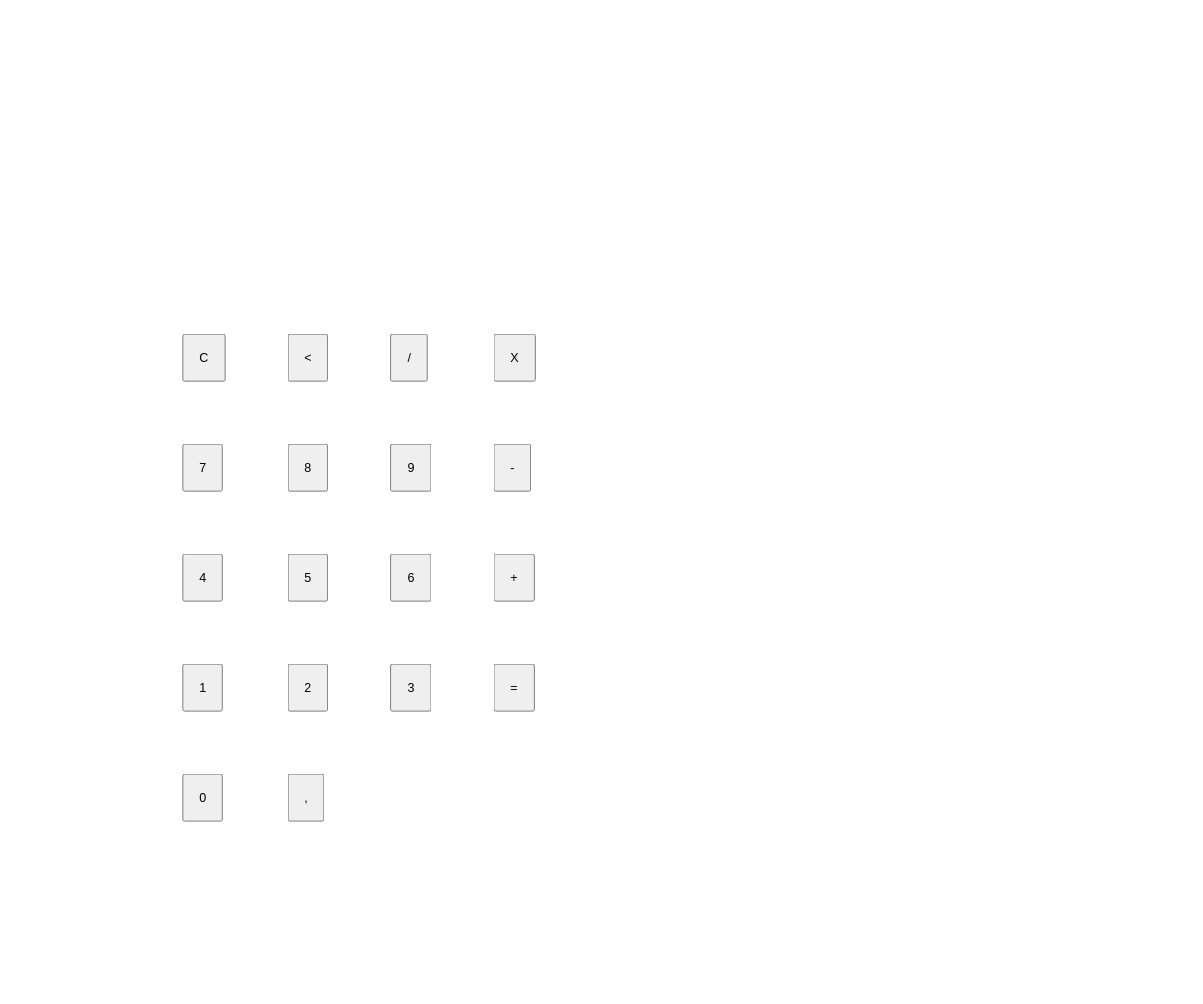
Repository: marllon-hetzler/calculadora.js
Page: interface.html
The author's editor kept a copy of each file at every save. The page is drawn from the files as they stood at one save, then again after the next save.
The browser window is 1280 px wide. The pictures show the whole page, at 94% of full size.

Above is the page before, as saved 2022-11-04 19:09:48.

### interface.html
<!DOCTYPE html>
<html lang="en">
<head>
    <meta charset="UTF-8">
    <meta http-equiv="X-UA-Compatible" content="IE=edge">
    <meta name="viewport" content="width=, initial-scale=1.0">
    <title>Document</title>
</head>
<body>
    <style>
        *{
            margin: 1rem;
            padding: 1rem;
        }
        .fundo{
            background-image:linear-gradient(45deg,black), red;
            height:100%;
            color: white;
            font-family: Georgia, 'Times New Roman', Times, serif;
            font-weight: bold;

        }
    </style>
    <div class="fundo">
    <h1>Marllon Antonio Machado</h1>
    <div class="calculadora">
        <p>Resultado</p>
        <table>
            <tr>
                <td><button>C</button></td>
                <td><button><</button></td>
                <td><button>/</button></td>
                <td><button>X</button></td>
            </tr>

            <tr>
                <td><button>7</button></td>
                <td><button>8</button></td>
                <td><button>9</button></td>
                <td><button>-</button></td>
            </tr>

            <tr>
                <td><button>4</button></td>
                <td><button>5</button></td>
                <td><button>6</button></td>
                <td><button>+</button></td>
            </tr>

            <tr>
                <td><button>1</button></td>
                <td><button>2</button></td>
                <td><button>3</button></td>
                <td><button>=</button></td>
            </tr>

            <tr>
                <td><button>0</button></td>
                <td><button>,</button></td>

            </tr>
        </table>
    </div>
    </div>
</body>
</html>

After the next save:
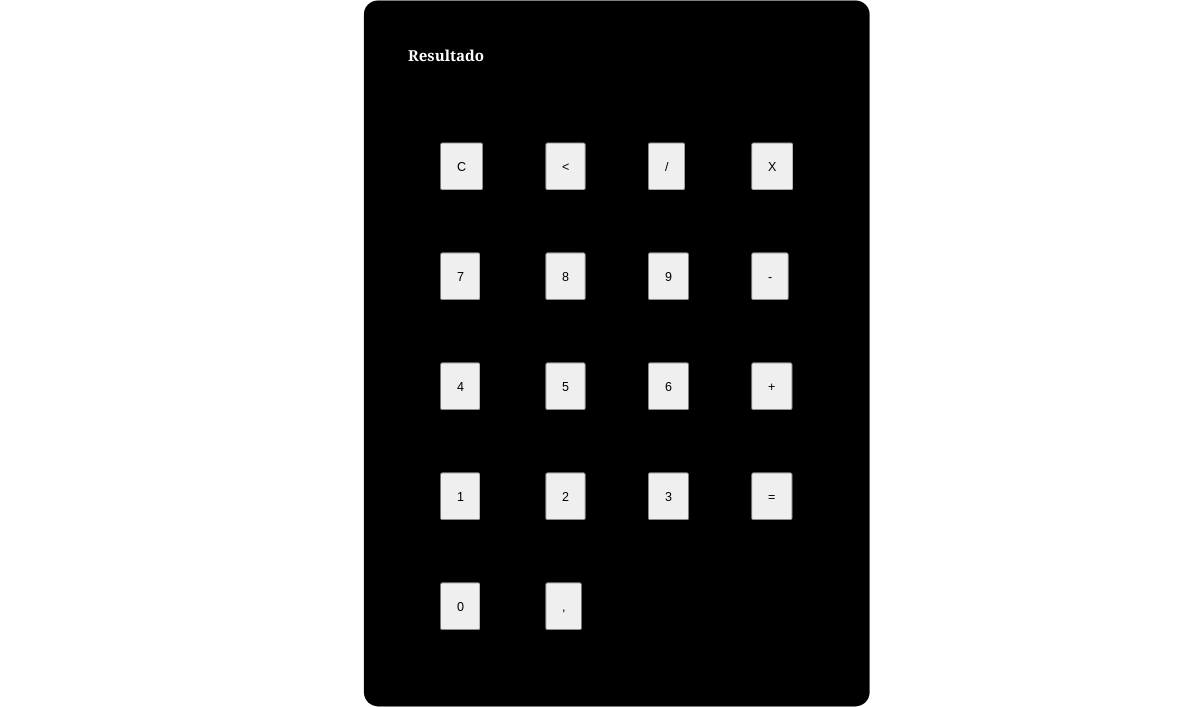
Saved 3 min 22 s later.
--- a/interface.html
+++ b/interface.html
@@ -18,6 +18,17 @@
             color: white;
             font-family: Georgia, 'Times New Roman', Times, serif;
             font-weight: bold;
+
+        }
+        .calculadora{
+            position:absolute;
+            background-color: black;
+            top:50%;
+            left: 50%;
+            transform:translate(-50%,-50%) ;
+            border-radius: 15px;
+            padding: 15px;
+
 
         }
     </style>
